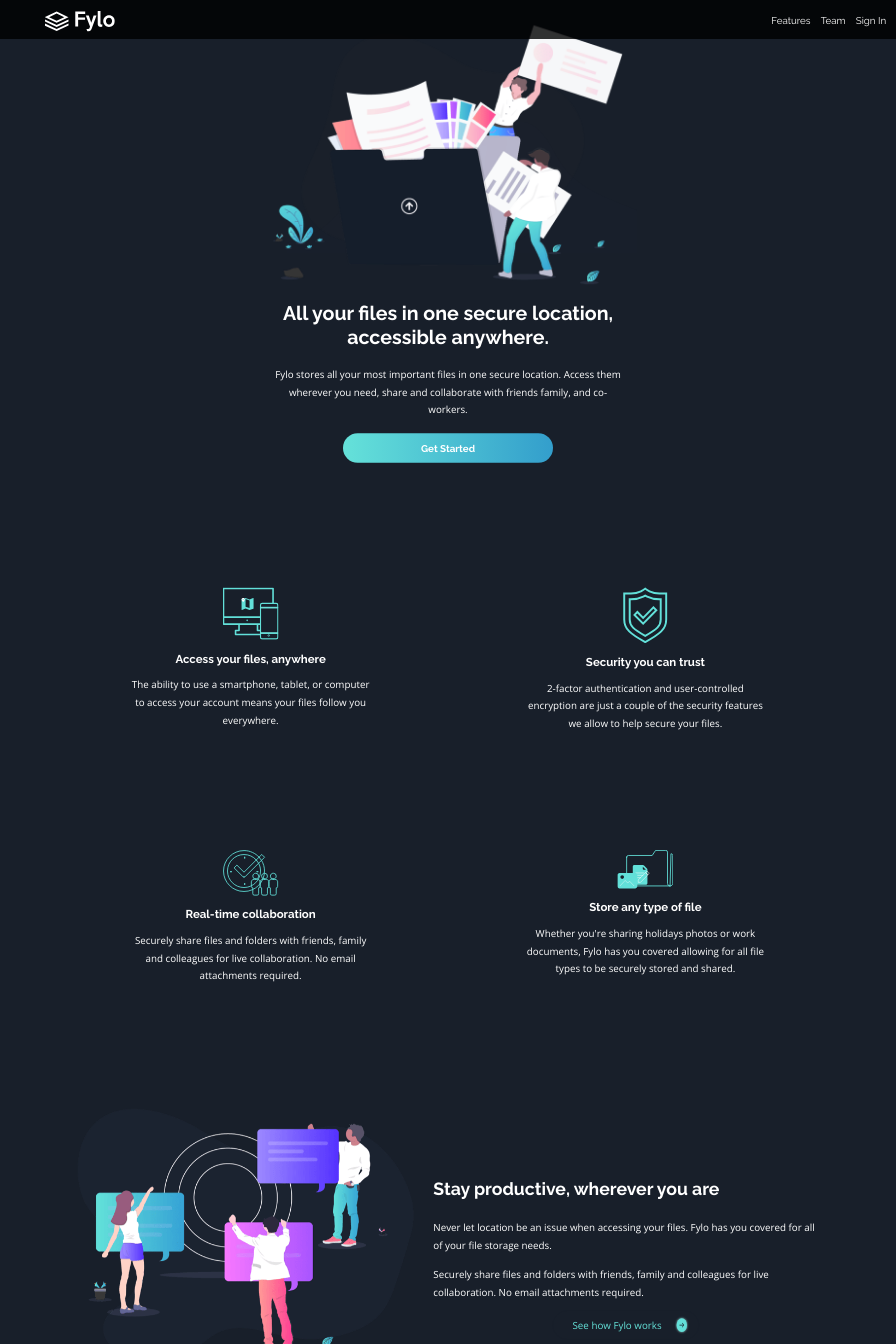
Repository: Pedrohamoura-Git/fylo-landing-page
Page: index.html
The author's editor kept a copy of each file at every save. The page is drawn from the files as they stood at one save, then again after the next save.
The browser window is 1280 px wide. The pictures show the part of the page from y = 0 to 1920 px (the page is 3262 px tall before and 3374 px after), at 70% of full size.

Above is the page before, as saved 2021-07-12 08:34:13.

### index.html
<!DOCTYPE html>
<html lang="en">
<head>
  <meta charset="UTF-8">
  <meta name="viewport" content="width=device-width, initial-scale=1.0"> <!-- displays site properly based on user's device -->

  <link rel="stylesheet" href="css/style.css">

  <title>Frontend Mentor | Fylo landing page with dark theme and features grid</title>

  <!-- Feel free to remove these styles or customise in your own stylesheet 👍 -->
  <style>
    .attribution { font-size: 11px; text-align: center; }
    .attribution a { color: hsl(228, 45%, 44%); }
  </style>
</head>
<body>

  <header id="navbar">
    <nav class="top">
      <div class="logo"><a href="#intro"><img src="images/logo.svg" alt=""></a></div>
      <ul>
        <li><a href="#">Features</a></li>
        <li><a href="#">Team</a></li>
        <li><a href="#">Sign In</a></li>
      </ul>
    </nav>
  </header>

  <div id="wrapper">

    <!-- Start Intro  -->
    <header id="intro">
      <img class="curvy" src="images/bg-curvy-mobile.svg" alt="">
      <img src="images/illustration-intro.png" alt="People accessing various files in one single Laptop">
      <h1>All your files in one secure location, accessible anywhere.</h1>
      <p>Fylo stores all your most important files in one secure location. Access them wherever you need, share and collaborate with friends family, and co-workers.</p>
      <a class="btn" href="#" alt="Get Started">Get Started</a>
    </header>

    <!-- Start Cards  -->
    <section id="cards">

      <div id="card1">
        <img src="images/icon-access-anywhere.svg" alt="Devices">
        <h3>Access your files, anywhere</h3>
        <p>The ability to use a smartphone, tablet, or computer to access your account means your files follow you everywhere.</p>
      </div>

      <div id="card2">
        <img src="images/icon-security.svg" alt="Security Simbol">
        <h3>Security you can trust</h3>
        <p>2-factor authentication and user-controlled encryption are just a couple of the security features we allow to help secure your files.</p>
      </div>

      <div id="card3">
        <img src="images/icon-collaboration.svg" alt="On Time Ilustration">
        <h3>Real-time collaboration</h3>
        <p>Securely share files and folders with friends, family and colleagues for live collaboration. No email attachments required.</p>
      </div>

      <div id="card4">
        <img src="images/icon-any-file.svg" alt="Storing different files in a safe">
        <h3>Store any type of file</h3>
        <p>Whether you're sharing holidays photos or work documents, Fylo has you covered allowing for all file types to be securely stored and shared.</p>
      </div>

    </section>
    <!-- /End Cards  -->

    <!-- Start Productive  -->
    <section id="productive">

      <img id="workflow" src="images/illustration-stay-productive.png" alt="People sharing ideas">
      <div>
        <h3>Stay productive, wherever you are</h3>
        <p>Never let location be an issue when accessing your files. Fylo has you covered for all of your file storage needs.</p>
        <br>
        <p>Securely share files and folders with friends, family and colleagues for live collaboration. No email attachments required.</p>
        <a href="#">
          <p>See how Fylo works</p>
          <img id="arrow" src="images/icon-arrow.svg" alt="icon-arrow">
        </a>
      </div>

    </section>
    <!-- /End Productive  -->

    <!-- Start Reviews  -->
    <section id="reviews">

      <div id="card5">
        <img class="quotes" src="images/bg-quotes.png">
        <p>Fylo has improved our team productivity by an order of magnitude. Since making the switch our team has become a well-oiled collaboration machine.</p>
        <div class="profile">
          <img src="images/profile-1.jpg" alt="">
          <div class="details">
            <h5 class="name">Satish Patel</h5>
            <h5 class="status">Founder & CEO, Huddle</h5>
          </div>
        </div>
      </div>


      <div id="card6">
        <p>Fylo has improved our team productivity by an order of magnitude. Since making the switch our team has become a well-oiled collaboration machine.</p>
        <div class="profile">
          <img src="images/profile-2.jpg" alt="">
          <div class="details">
            <h5 class="name">Bruce McKenzie</h5>
            <h5 class="status">Founder & CEO, Huddle</h5>
          </div>
        </div>
      </div>

      <div id="card7">
        <p>Fylo has improved our team productivity by an order of magnitude. Since making the switch our team has become a well-oiled collaboration machine.</p>
        <div class="profile">
          <img src="images/profile-3.jpg" alt="">
          <div class="details">
            <h5 class="name">Iva Boyd</h5>
            <h5 class="status">Founder & CEO, Huddle</h5>
          </div>
        </div>
      </div>

    </section>
    <!-- /End Reviews  -->
  </div>

  <footer>
    <!-- Start Call To Action  -->
    <section class="CTA">

      <h3>Get early access today</h3>
      <p>It only takes a minute to sign up and our free starter tier is extremely generous. If you have any questions, our support team would be happy to help you.</p>
      <form action="#">
        <input class="insert-email" type="email" placeholder="email@example.com" required>
        <input class="btn" type="submit" value="Get Started For Free">
      </form>

    </section>
    <!-- /End Call To Action  -->

    <section class="footer-info">
      <img class="logo-footer" src="images/logo.svg" alt="Fylo's logo">

      <nav class="footer-links">

        <section class="location contacts">
          <div class="icon">
            <img src="images/icon-location.svg" alt="location's icon">
            <p>Lorem ipsum dolor sit amet, consectetur adipiscing elit, sed do eiusmod tempor incididunt ut labore et dolore magna aliqua</p>
          </div>
          <div class="icon phone">
            <img src="images/icon-phone.svg" alt="location's icon">
            <p>+1-543-123-4567</p>
          </div>

          <div class="icon email" >
            <img src="images/icon-email.svg" alt="location's icon">
            <p>example@fylo.com</p>
          </div>
        </section>

      <section class="final-links">

        <section class="about-us">
          <ul>
            <li><a href="#">About Us</a></li>
            <li><a href="#">Jobs</a></li>
            <li><a href="#">Press</a></li>
            <li><a href="#">Blog</a></li>
          </ul>
        </section>

        <section class="contact-us">
          <ul>
            <li><a href="#">Contact Us</a></li>
            <li><a href="#">Terms</a></li>
            <li><a href="#">Privacy</a></li>
          </ul>
        </section>

        <section class="social-media">
          <ul>
            <li>
              <a href="#">
                <svg xmlns="http://www.w3.org/2000/svg" width="40" height="40" viewBox="0 0 24 24">
                  <path d="M12 2c5.514 0 10 4.486 10 10s-4.486 10-10 10-10-4.486-10-10 4.486-10 10-10zm0-2c-6.627 0-12 5.373-12 12s5.373 12 12 12 12-5.373 12-12-5.373-12-12-12zm-2 10h-2v2h2v6h3v-6h1.82l.18-2h-2v-.833c0-.478.096-.667.558-.667h1.442v-2.5h-2.404c-1.798 0-2.596.792-2.596 2.308v1.692z"/>
                </svg>
              </a>
            </li>
            <li>
              <a href="#">
                <svg xmlns="http://www.w3.org/2000/svg" width="40" height="40" viewBox="0 0 24 24">
                  <path d="M12 2c5.514 0 10 4.486 10 10s-4.486 10-10 10-10-4.486-10-10 4.486-10 10-10zm0-2c-6.627 0-12 5.373-12 12s5.373 12 12 12 12-5.373 12-12-5.373-12-12-12zm0 7.082c1.602 0 1.792.006 2.425.035 1.627.074 2.385.845 2.46 2.459.028.633.034.822.034 2.424s-.006 1.792-.034 2.424c-.075 1.613-.832 2.386-2.46 2.46-.633.028-.822.035-2.425.035-1.602 0-1.792-.006-2.424-.035-1.63-.075-2.385-.849-2.46-2.46-.028-.632-.035-.822-.035-2.424s.007-1.792.035-2.424c.074-1.615.832-2.386 2.46-2.46.632-.029.822-.034 2.424-.034zm0-1.082c-1.63 0-1.833.007-2.474.037-2.18.1-3.39 1.309-3.49 3.489-.029.641-.036.845-.036 2.474 0 1.63.007 1.834.036 2.474.1 2.179 1.31 3.39 3.49 3.49.641.029.844.036 2.474.036 1.63 0 1.834-.007 2.475-.036 2.176-.1 3.391-1.309 3.489-3.49.029-.64.036-.844.036-2.474 0-1.629-.007-1.833-.036-2.474-.098-2.177-1.309-3.39-3.489-3.489-.641-.03-.845-.037-2.475-.037zm0 2.919c-1.701 0-3.081 1.379-3.081 3.081s1.38 3.081 3.081 3.081 3.081-1.379 3.081-3.081c0-1.701-1.38-3.081-3.081-3.081zm0 5.081c-1.105 0-2-.895-2-2 0-1.104.895-2 2-2 1.104 0 2.001.895 2.001 2s-.897 2-2.001 2zm3.202-5.922c-.397 0-.72.322-.72.72 0 .397.322.72.72.72.398 0 .721-.322.721-.72 0-.398-.322-.72-.721-.72z"/>
                </svg>
              </a>
            </li>
            <li>
              <a href="#">
                <svg xmlns="http://www.w3.org/2000/svg" width="40" height="40" viewBox="0 0 24 24">
                  <path d="M12 2c5.514 0 10 4.486 10 10s-4.486 10-10 10-10-4.486-10-10 4.486-10 10-10zm0-2c-6.627 0-12 5.373-12 12s5.373 12 12 12 12-5.373 12-12-5.373-12-12-12zm6.5 8.778c-.441.196-.916.328-1.414.388.509-.305.898-.787 1.083-1.362-.476.282-1.003.487-1.564.597-.448-.479-1.089-.778-1.796-.778-1.59 0-2.758 1.483-2.399 3.023-2.045-.103-3.86-1.083-5.074-2.572-.645 1.106-.334 2.554.762 3.287-.403-.013-.782-.124-1.114-.308-.027 1.14.791 2.207 1.975 2.445-.346.094-.726.116-1.112.042.313.978 1.224 1.689 2.3 1.709-1.037.812-2.34 1.175-3.647 1.021 1.09.699 2.383 1.106 3.773 1.106 4.572 0 7.154-3.861 6.998-7.324.482-.346.899-.78 1.229-1.274z"/>
                </svg>
              </a>
            </li>
          </ul>
        </section>

      </section>

      </nav>

  </section>

    <h5 class="attribution" style="font-size: .9rem;">
      Challenge by <a href="httpsh5//www.frontendmentor.io?ref=challenge" target="_blank">Frontend Mentor</a>.
      Coded by <a style="text-decoration: underline;" href="https://github.com/Pedrohamoura-Git" target="_blank">Pedro Henrique Alves Moura</a>.
    </p>
  </footer>

</body>
</html>

### css/style.css
/******************************************************
    Core Formats
******************************************************/
    @import url('https://fonts.googleapis.com/css2?family=Raleway:ital,wght@0,400;0,700;1,400;1,700&display=swap');

    @import url('https://fonts.googleapis.com/css2?family=Open+Sans:ital,wght@0,400;0,700;1,400;1,700&family=Raleway:ital,wght@0,400;0,700;1,400;1,700&display=swap');

    * {
        box-sizing: border-box;
        list-style-type: none;
        margin: 0;
        padding: 0;
    }

    :root {
        --bg-cta-cyan: hsl(176, 68%, 64%);
        --bg-cta-blue: hsl(198, 60%, 50%);
        --bg-footer-darkblue: hsl(216, 53%, 9%);
        --bg-intro-email-darkblue: hsl(217, 28%, 15%);
        --bg-main-darkblue: hsl(218, 28%, 13%);
        --bg-testmonials-darkblue: hsl(219, 30%, 18%);
    }

    html {
        font-family: Raleway;
        font-size: 14px;

    }

    body {
        background-color: var(--bg-main-darkblue);
        color: white;
    }


/******************************************************
    Mobile Layout
******************************************************/
/*
** Common Formats
*/
    #wrapper {
        background-color: var(--bg-intro-darkblue);
        padding: 5vh 2vw;
        margin: auto;
        max-width: 90%;
        text-align: center;

        /* border: 1px solid red; */
    }

        a {
            color: white;
            text-decoration: none;
        }

        p {
            font-family: "Open Sans";
            font-size: 1rem;
            line-height: 1.8rem;
        }


        .btn {
            background-image: linear-gradient(to right, var(--bg-cta-cyan), var(--bg-cta-blue)) ;
            border: none;
            border-radius: 3vh;
            color: white;
            cursor: pointer;
            display: inline-block;
            font-weight: 600;
            line-height: 3rem;
            min-width: 170px;
            max-width: 300px;
            width: 100%;
            transition: .3s;
        }

        .btn:hover, .btn:active {
            background-image: linear-gradient(to left, var(--bg-cta-blue), var(--bg-cta-blue));
            transition: .3s;
        }

        .insert-email {
            border: none;
            border-radius: 3rem;
            color: rgba(0,0,0,.5);
            line-height: 3rem;
            padding-left: 2vh;
            width: 100%;
        }

    /*
    ** Top Navbar
    */
        #navbar {
            background-color: rgba(0,0,0,.8);
            position: fixed;
            height: 4rem;
            width: 100%;
            z-index: 999;

            /* border: 1px solid red; */
        }

        .top {
            position: relative;
        }

        .top ul{
            display: flex;
            align-items: center;
            justify-content: center;
            list-style-type: none;
            position: absolute;
            top: 1.5rem;
            right: 1rem;
        }

        .top ul li {
            padding-left: 2vh;

        }

        #navbar .top ul a {
            transition: .3s;
        }

        #navbar .top ul a:hover {
            font-weight: 700;
            font-size: 1.1rem;
            transition: .3s;
        }


        .logo img{
            position: absolute;
            top: 15px;
            left: 5vw;
            width: 100px;
        }

    /*
    ** Intro
    */
        #intro {
            margin: auto;
            max-width: 620px;
            margin-top: -15vw;


            /* border: 1px solid red; */
        }

        .curvy {
            position: relative;
            top: 330px;
            left: 20px;
            z-index: -10;
        }

        #intro img {
            width: 100%;
            /* max-width: 480px; */
        }

        #intro h1 {
            font-size: 1.6rem;
            line-height: 2.5rem;
            margin: 3vh 0;
        }

        #intro p {
            margin-bottom: 4vw;
        }



    /*
    ** Cards
    */
        #cards {
            margin: 15vh auto;
        }

        #card1, #card2, #card3, #card4  {
            margin: 5rem auto;
            max-width: 350px;

            /* border: 1px solid red; */
        }

        #cards h3 {
            margin-bottom: 2vh;
        }

        #card1 img, #card2 img, #card3 img, #card4 img  {
            margin-bottom: 2vh;
            max-width: 80px;
            max-height: 80px;
        }


    /*
    ** Productive
    */

        #productive * {
            text-align: left;
        }

        #productive img#workflow {
            margin-top: 4vw;
            margin-bottom: 15rem;
            width: 90%;
            max-width: 480px;

            /* border: 1px solid; */
        }

        #productive h3 {
            font-size: 1.2rem;
            margin-bottom: 1rem;

            /* border: 1px solid; */
        }

        #productive p {
            font-size: .9rem;
        }


        #productive a {
            border: 1px solid var(--bg-main-darkblue);
            border-radius: 5vh;
            color: var(--bg-cta-cyan);
            display: flex;
            margin-top: 1rem;
            margin-bottom: 10rem;
            max-width: 170px;
            padding: .5rem 1rem;
            transition: .3s;
        }

        #productive a:hover, #productive a:active {
            border: 1px solid var(--bg-cta-cyan);
            border-radius: 5vh;
            color: var(--bg-cta-cyan);
            transition: .3s;
        }

        #productive a img#arrow {
            margin-left: 5px;
            width: 20px;
        }

    /*
    ** Reviews
    */
        #reviews {
            display: grid;
            grid-template-columns: repeat(auto-fit, minmax(300px, 1fr));
            gap: 2rem;
            margin-bottom: 15rem;
            margin: auto;
            padding: 1rem;
            position: relative;
            text-align: left;

            /* border: 1px solid red; */
        }

        #reviews .profile img {
            border-radius: 2rem;
            height: 30px;
            width: 30px;
        }

        #reviews p {
            font-size: .8rem;
            margin-bottom: 1rem;
        }

        .profile {
            display: flex;
            margin-top: 10px;
        }

        .details {
            margin-left: 10px;
        }

        .status {
            font-size: .7rem;
            font-weight: 400;

        }

        #card5, #card6, #card7 {
            background-color: var(--bg-testmonials-darkblue);
            border-radius: 1rem;
            padding: 1.5rem;
        }

        .quotes {
            position: absolute;
            top: -5px;
            left: 15px;
            width: 23px;
            z-index: 50;
        }



    /*
    ** Footer
    */
        footer {
            background-color: var(--bg-footer-darkblue);
            margin-top: 20vw;
        }

        .footer-info {
            margin: 0 auto;
            width: 90%;
        }


        /*
        ** Call To Action
        */
            .CTA {
                background-color: var(--bg-testmonials-darkblue);
                border-radius: 1rem;
                margin: auto;
                padding: 3rem 2.5rem;
                position: relative;
                bottom: 80px;
                width: 90%;
                max-width: 720px;
            }


            .CTA p {
                font-size: 1rem;
                margin: 2rem 0;
            }

            .insert-email{
                color: black;
                margin-bottom: 1rem;
            }

        /*
        ** Footer info
        */
            .footer-info {
                margin-top: -5vw;
                padding-left: 1rem;
            }


    /*
    ** Final Links
    */
        .footer-links * {
            margin: 0;
            padding: 0;
        }

        .footer-links li {
            margin: 2rem 1rem;
        }

        .footer-links a {
            transition: .3s;
        }

        .footer-links a:hover {
            font-weight: 700;
            font-size: 1.1rem;
            transition: .3s;
        }


        /*
        ** Contacts
        */
            .logo-footer {
                display: block;
            }

            .icon {
                display: flex;
                margin-top: 2rem;
            }

            .icon img {
                height: 21px;
                margin-right: 1.5rem;
            }


        /*
        ** About Us
        */
            .about-us {
                margin: 5rem 0;
            }

            .about-us {
                margin: 5rem 0;
            }


        /*
        ** Social Media
        */
            .social-media {
                margin: 0 auto;
                width: fit-content;
            }

            .social-media ul {
                display: flex;
            }

            .social-media svg path {
                fill: white;
            }

            .social-media a:hover > svg path {
                fill: var(--bg-cta-cyan);
            }








/******************************************************
    Tablet Layout
******************************************************/
    @media (min-width: 640px) {

        /*
        ** Intro
        */
            #intro h1 {
                font-size: 2rem;
            }

            #intro p {
                margin: auto;
                margin-bottom: 3vh;
                max-width: 500px;
            }

            #intro .btn {
                max-width: 300px;
            }


        /*
        ** Cards
        */
            #cards {
                display: grid;
                grid-template-columns: repeat(2, 1fr);
                gap: 2rem;
                max-width: 1100px;

            }


        /*
        ** Productive
        */
            #productive * {
                text-align: center;
            }

            #productive h3 {
                font-size: 1.8rem;
                margin-bottom: 2rem;
            }

            #productive p {
                font-size: 1rem;
                margin: auto;
                max-width: 550px;
            }

            #productive a {
                margin: 2vh auto;
                margin-bottom: 20vh;
                max-width: 210px;
            }

            #reviews h5 {
                font-size: .9rem;
            }

            #reviews p {
                font-size: 1rem;
            }

        /*
        ** Footer
        */
            .final-links {
                display: flex;
            }

            .about-us {
                margin: 3rem auto;
                width: fit-content;
            }

            .contact-us {
                margin: 3rem auto;
                width: fit-content;
            }

            .social-media {
                margin: 3rem auto;
            }
    }


@media (min-width: 900px) {
    #intro img {
        /* max-height: 500px; */
        width: 100%;
        max-width: 500px;
    }

    #productive {
        display: flex;
        align-items: center;
        justify-content: center;
    }

    #productive * {
        text-align: left;
    }

    #productive img#workflow {
        margin-top: 0;
        margin-right: 2rem;

    }

/*
** Footer
*/
    .footer-links {
        display: grid;
        grid-template-columns: repeat(auto-fit, minmax(400px, 1fr));
        margin: 3rem 0;
    }

    .about-us {
        margin: 0 auto;
        width: fit-content;
    }

    .contact-us {
        margin: 0 auto;
        width: fit-content;
    }

    .social-media {
        margin: 0 auto;
    }

}

After the next save:
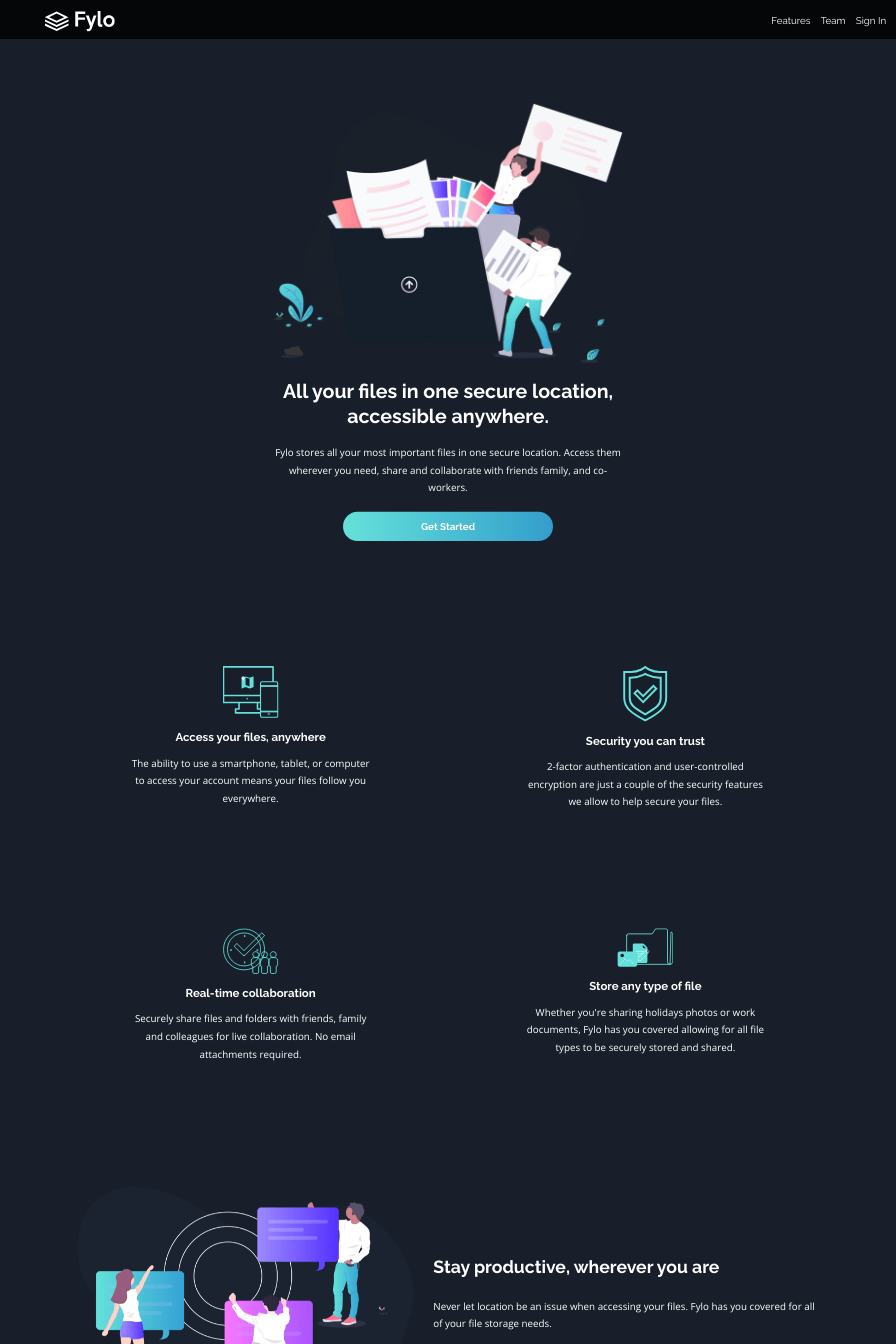
Saved 19 s later.
--- a/css/style.css
+++ b/css/style.css
@@ -532,7 +532,7 @@
 
 @media (min-width: 900px) {
     #intro img {
-        /* max-height: 500px; */
+        margin-top: 4rem;
         width: 100%;
         max-width: 500px;
     }
